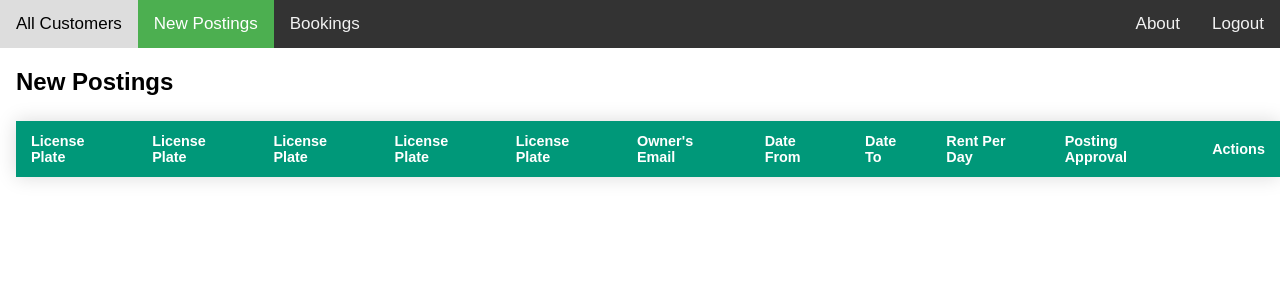
Repository: Gurvansh777/ToCarCar-Backend
Page: ToCarCar/templates/admin_new_postings.html
The author's editor kept a record of every edit. The page is drawn from the files as they stood at one moment, then again after the next edit.
The browser window is 1280 px wide. The pictures show the whole page.
The page is served by the project's application, run on Flask 3 (ToCarCar/index.py). Other server files are loaded and not shown. The template is opened directly, without the code that normally fills it, so the values that code supplies are empty.

Above is the page before.

### ToCarCar/templates/admin_new_postings.html
<html>
  <head>
    <meta name="viewport" content="width=device-width, initial-scale=1">
    <style>
      body {
        margin: 0;
        font-family: Arial, Helvetica, sans-serif;
      }

      .topnav {
        overflow: hidden;
        background-color: #333;
      }

      .topnav a {
        float: left;
        color: #f2f2f2;
        text-align: center;
        padding: 14px 16px;
        text-decoration: none;
        font-size: 17px;
      }

      .topnav a:hover {
        background-color: #ddd;
        color: black;
      }

      .topnav a.active {
        background-color: #4CAF50;
        color: white;
      }


      .styled-table {
      	border-collapse: collapse;
      	margin: 25px 0;
      	font-size: 0.9em;
      	font-family: sans-serif;
      	min-width: 400px;
      	box-shadow: 0 0 20px rgba(0, 0, 0, 0.15);
      }

      .styled-table thead tr {
      	background-color: #009879;
      	color: #ffffff;
      	text-align: left;
      }

      .styled-table th,
      .styled-table td {
      	padding: 12px 15px;
      }

      .styled-table tbody tr {
      	border-bottom: 1px solid #dddddd;
      }

      .styled-table tbody tr:nth-of-type(even) {
      	background-color: #f3f3f3;
      }

      .styled-table tbody tr:last-of-type {
      	border-bottom: 2px solid #009879;
      }

      .styled-table tbody tr.active-row {
      	font-weight: bold;
      	color: #009879;
      }


    </style>
  </head>

  <body>
    <div class="topnav">
      <a href="{{url_for('admin_bp.admin_allUsers')}}">All Customers</a>
      <a class="active" href="{{url_for('admin_bp.admin_allPostings')}}">New Postings</a>
      <a href="{{url_for('admin_bp.admin_allBookings')}}">Bookings</a>
      <a style="float:right" href="{{url_for('admin_bp.admin_logout')}}">Logout</a>
      <a style="float:right" href="#about">About</a>
    </div>

    <div style="padding-left:16px">
      <h2>New Postings</h2>
      <table class="styled-table">
        <thead>
        <tr>
          <th>License Plate</th>
          <th>License Plate</th>
          <th>License Plate</th>
          <th>License Plate</th>
          <th>License Plate</th>
          <th>Owner's Email</th>
          <th>Date From</th>
          <th>Date To</th>
          <th>Rent Per Day</th>
          <th>Posting Approval</th>
          <th>Actions</th>
        </tr>
        </thead>
        <tbody>
          {%for posting in allPostings%}
            <tr>
              <td>{{posting['licensePlate']}}</td><td> {{posting['ownerEmail']}}</td>
              <td>{{posting['dateFrom']}}</td><td>{{posting['dateTo']}}</td>
              <td>${{posting['rentPerDay']}}</td>
                {% if posting.isApproved == 1 %}
                  <td style="font-size:1em;color:yellowgreen">Approved </td>
                  <td>
                    <a class ="btn btn-primary" href="/adminunapproveposting?licensePlate={{posting['licensePlate']}}&dateFrom={{posting['dateFrom']}}&dateTo={{posting['dateTo']}}">Unapprove Posting</a>
                  </td>
                {% else %}
                  <td style="font-size:1em;color:red">Not Approved </td>
                  <td>
                    <a class ="btn btn-primary" href="/adminapproveposting?licensePlate={{posting['licensePlate']}}&dateFrom={{posting['dateFrom']}}&dateTo={{posting['dateTo']}}">Approve Posting</a>
                  </td>
                {% endif %}
            </tr>
        	{% endfor %}
        </tbody>
      </table>
    </div>
  </body>
</html>

### ToCarCar/index.py
from flask import Flask, render_template, request
from user_management import *

app = Flask(__name__)

#expose /
@app.route('/', methods = ['GET'])
def init():
    return "Welcome to 2CarCar"

#if GET show index else process new user
@app.route('/adduser', methods = ['GET', 'POST'])
def main():
    if request.method == 'POST':
        first_name = request.form.get('firstName', 'Default')
        last_name = request.form.get('lastName', 'Default')
        email = request.form.get('email', 'Default')
        password = request.form.get('password', 'Default')

        return add_user(first_name, last_name, email, password) #in user_management.py
    else:
        return render_template('index.html')

#expose /checkuser
@app.route('/checkuser', methods = ['POST'])
def check_user():
    if request.method == 'POST':
        email = request.form.get('email', 'Default')
        password = request.form.get('password', 'Default')

        return check_credentials(email, password) #in user_management.py
    else:
        return render_template('index.html')


if __name__ == '__main__':
    app.run(host='0.0.0.0',debug=True)

After the next edit:
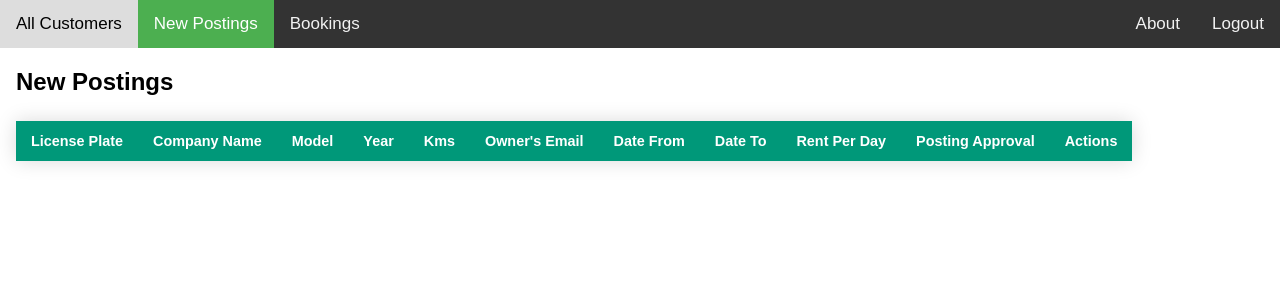
The edit:
--- a/ToCarCar/templates/admin_new_postings.html
+++ b/ToCarCar/templates/admin_new_postings.html
@@ -88,10 +88,10 @@
         <thead>
         <tr>
           <th>License Plate</th>
-          <th>License Plate</th>
-          <th>License Plate</th>
-          <th>License Plate</th>
-          <th>License Plate</th>
+          <th>Company Name</th>
+          <th>Model</th>
+          <th>Year</th>
+          <th>Kms</th>
           <th>Owner's Email</th>
           <th>Date From</th>
           <th>Date To</th>
